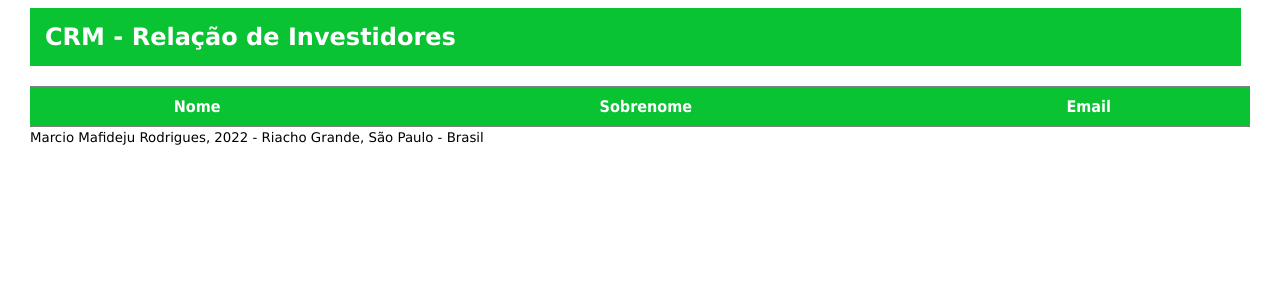
Repository: mafideju/CustomerTracker
Page: http://localhost/web-customer-tracker/WEB-INF/view/list-customers.jsp
These files come from the project's save history. The page is drawn as it stood at one moment and after the next save; the edit follows.
The browser window is 1280 px wide. The pictures show the whole page.
The page is served by Tomcat 9. Nobody is signed in. Other server files are loaded and not shown. The template is opened directly, without the code that normally fills it, so the values that code supplies are empty.

Above is the page before, as saved 2022-01-21 21:16:09.

### web-customer-tracker/WebContent/WEB-INF/view/list-customers.jsp
<%@ taglib uri="http://java.sun.com/jsp/jstl/core" prefix="c" %>

<!DOCTYPE html>
<html>
	<head>
		<title>Lista de Investidores</title>
		<link type="text/css" rel="stylesheet" href="${pageContext.request.contextPath}/resources/css/style.css">
	</head>

	<body>
		<main>

			<div id="wrapper">
				<div id="header">
					<h2>CRM - Relação de Investidores</h2>
				</div>
			</div>

			<div id="container">
				<div id="content">
					<table>
						<tr>
							<th>Nome</th>
							<th>Sobrenome</th>
							<th>Email</th>
						</tr>

						<c:forEach var="customer" items="${customers}">
							<tr>
								<td>${customer.firstName}</td>
								<td>${customer.lastName}</td>
								<td>${customer.email}</td>
							</tr>
						</c:forEach>

					</table>
				</div>
			</div>

		</main>
		<footer>
			<small>Marcio Mafideju Rodrigues, 2022 - Riacho Grande, São Paulo - Brasil</small>
		</footer>
	</body>
</html>

### web-customer-tracker/WebContent/resources/css/style.css
html, body{
	margin-left:15px; margin-right:15px;
	padding:0px;
	font-family:Verdana, Arial, Helvetica, sans-serif;
}

table {
	border-collapse:collapse;
	border-bottom:1px solid gray;
	font-family: Tahoma,Verdana,Segoe,sans-serif;
	width:100%;
}

th {
	border-bottom:1px solid gray;
	background:none repeat scroll 0 0 #09c332;
	padding:10px;
	color: #FFFFFF;
}

tr {
	border-top:1px solid gray;
	text-align:center;
}

tr:nth-child(even) {background: rgb(222, 221, 218)}
tr:nth-child(odd) {background: #BBBBBB}

#wrapper {width: 100%; margin-top: 0px; }
#header {width: 98%; background: #09c332; margin-top: 0px; padding:15px 0px 15px 15px;}
#header h2 {width: 100%; margin:auto; color: #FFFFFF;}
#container {width: 100%; margin:auto}
#container h3 {color: #000;}
#container #content {margin-top: 20px;}

.add-button {
	border: 1px solid #666;
	border-radius: 5px;
	padding: 4px;
	font-size: 12px;
	font-weight: bold;
	width: 120px;
	padding: 5px 10px;

	margin-bottom: 15px;
	background: #cccccc;
}

After the next save:
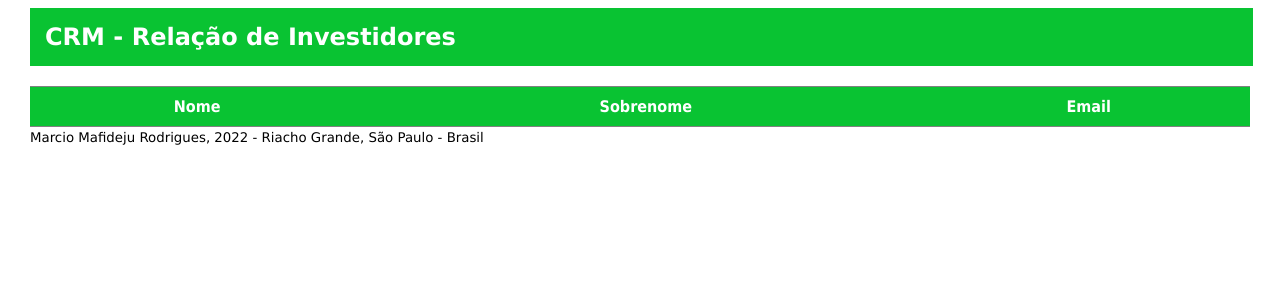
Saved 10 s later.
--- a/web-customer-tracker/WebContent/resources/css/style.css
+++ b/web-customer-tracker/WebContent/resources/css/style.css
@@ -27,7 +27,7 @@ tr:nth-child(even) {background: rgb(222, 221, 218)}
 tr:nth-child(odd) {background: #BBBBBB}
 
 #wrapper {width: 100%; margin-top: 0px; }
-#header {width: 98%; background: #09c332; margin-top: 0px; padding:15px 0px 15px 15px;}
+#header {width: 99%; background: #09c332; margin-top: 0px; padding:15px 0px 15px 15px;}
 #header h2 {width: 100%; margin:auto; color: #FFFFFF;}
 #container {width: 100%; margin:auto}
 #container h3 {color: #000;}
